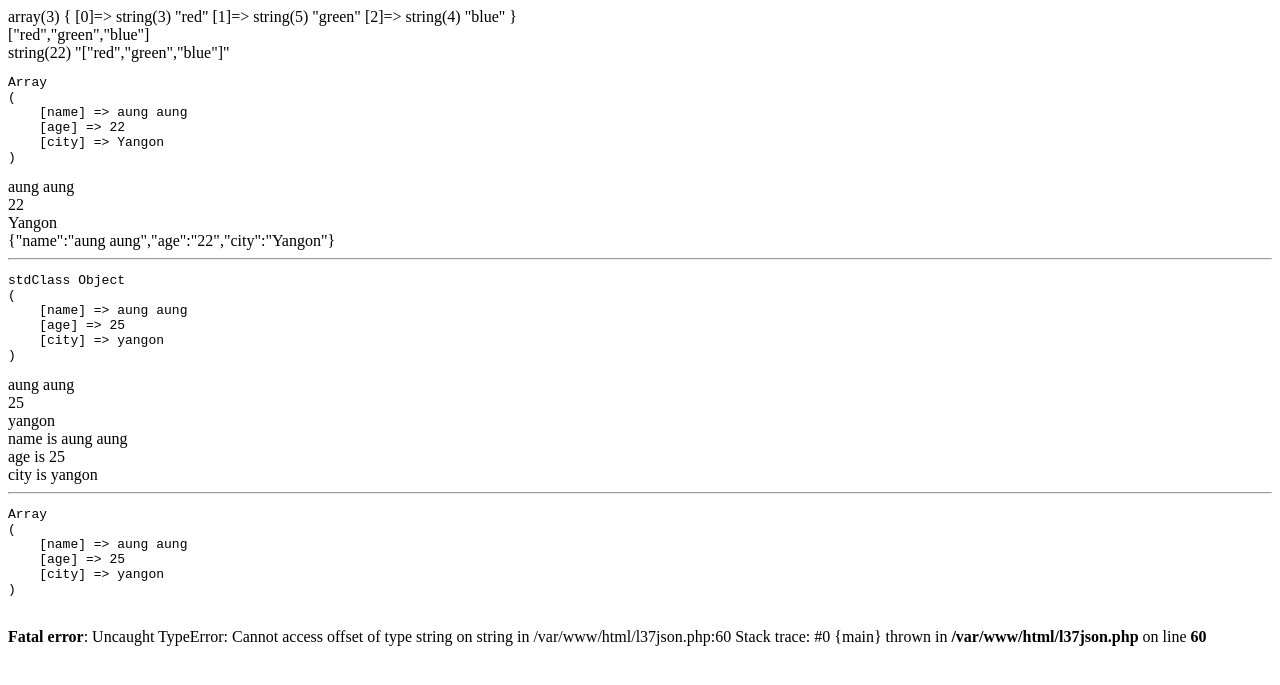
Repository: hsumyatm7308/PHP
Page: http://localhost/l37json.php
The author's editor kept a copy of each file at every save. The page is drawn from the files as they stood at one save, then again after the next save.
The browser window is 1280 px wide. The pictures show the whole page.
The page is run by PHP 8.4 with error messages shown; the project is at /var/www/html/.

Above is the page before, as saved 2023-05-12 17:17:40.

After the next save:
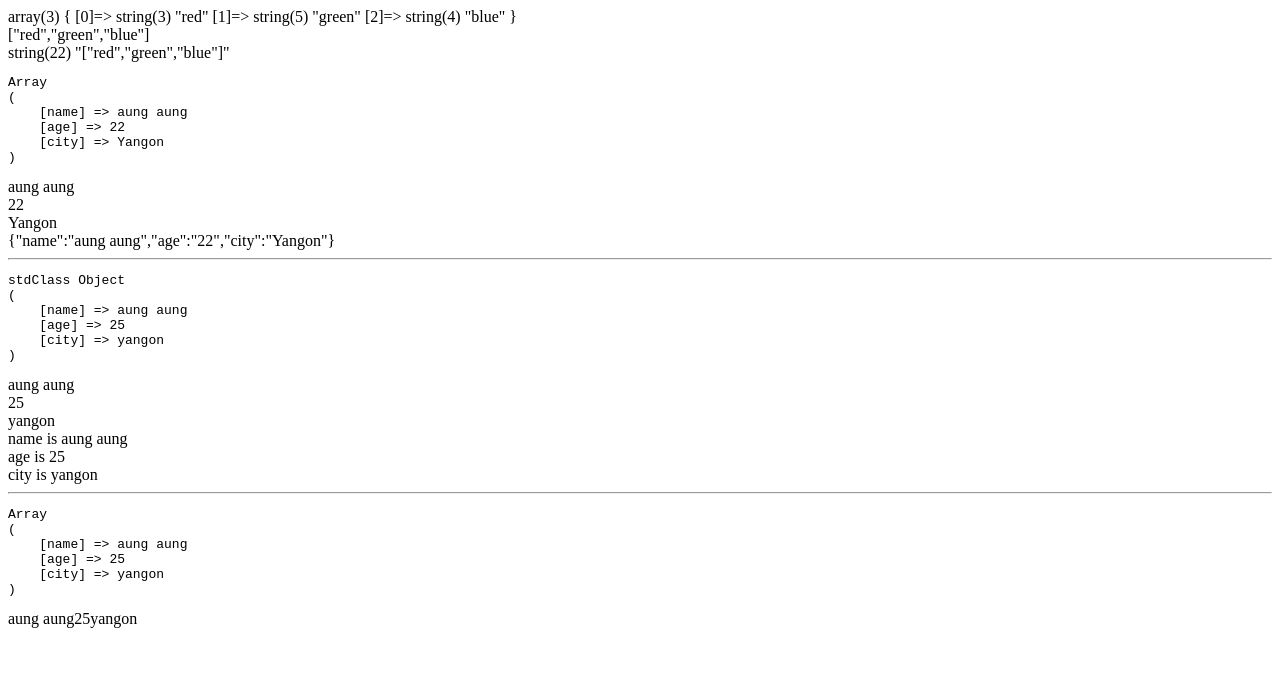
Saved 28 s later.
--- a/part1/l37json.php
+++ b/part1/l37json.php
@@ -57,9 +57,9 @@ $studentsde = json_decode($students,true);
 echo "<pre>".print_r($studentsde,true)."</pre>";
 
 // can print
-echo $studentsen["name"];
-echo $studentsen["age"];
-echo $studentsen["city"];
+echo $studentsde["name"];
+echo $studentsde["age"];
+echo $studentsde["city"];
 
 
 // can't print(-> Object Operactor)
